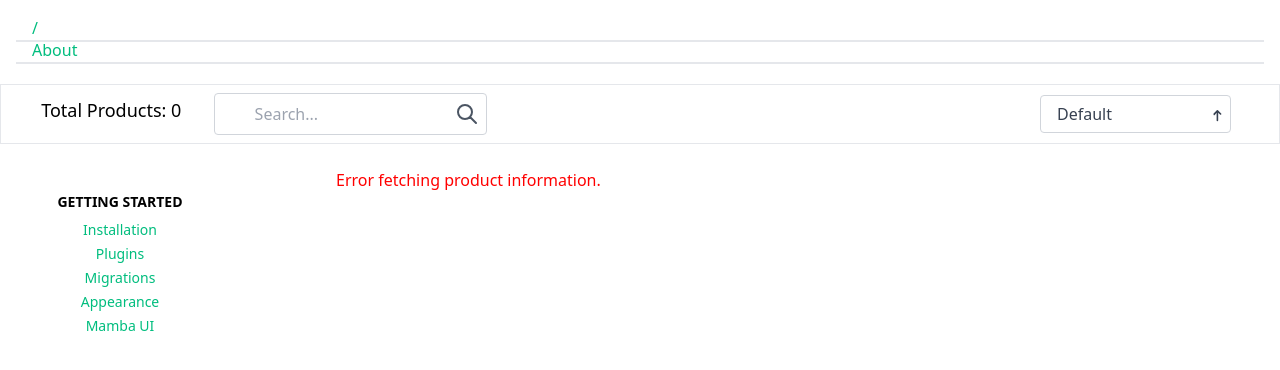
Repository: loktioncode/vectra-shop
Page: /
The author's editor kept a copy of each file at every save. The page is drawn from the files as they stood at one save, then again after the next save.
The browser window is 1280 px wide. The pictures show the whole page.
The page's requests for data from a server got no answer. The project was rebuilt for these pictures with package versions that can differ from the ones it lists, and the page was loaded fresh each time. No one was signed in, and anything a server would have sent is missing. Also part of the build but not shown: vite.config.ts, src/components/ProductCard.vue. Imported but missing from the stored project, and not drawn on this page: src/components/Counter.vue.

Above is the page before, as saved 2023-09-20 19:36:01.

After the next save:
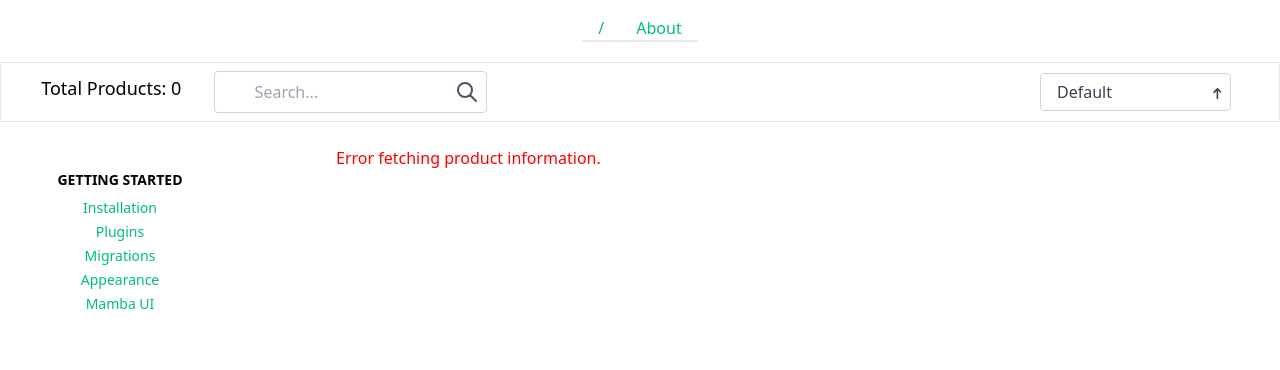
Saved 25 s later.
--- a/src/App.vue
+++ b/src/App.vue
@@ -6,7 +6,7 @@ import HelloWorld from './components/HelloWorld.vue'
 <template>
   <div class="app">
 
-    <header class="p-4  dark:text-gray-100">
+    <header class="p-4  dark:text-gray-100 inline-flex">
       <RouterLink to="/" class="flex items-center px-4 -mb-1 border-b-2 dark:border-transparent">/</RouterLink>
       <RouterLink to="/about" class="flex items-center px-4 -mb-1 border-b-2 dark:border-transparent">About
       </RouterLink>
